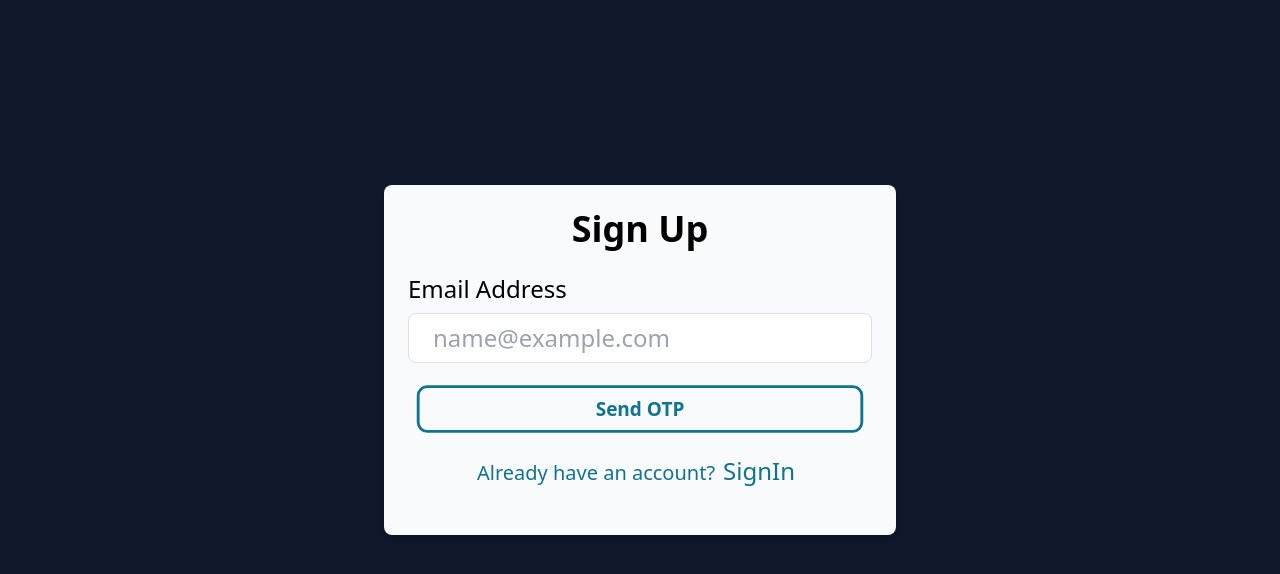
Repository: sayyad-mukthumsa-123/Movie-Verse
Page: /register (app in frontend/)
An editor plug-in stored every save of this project. The page is shown before and after the next save, followed by the edit.
The browser window is 1280 px wide. The pictures show the whole page.
The page's requests for data from a server got no answer. The project was rebuilt for these pictures with package versions that can differ from the ones it lists, and the page was loaded fresh each time. No one was signed in, and anything a server would have sent is missing. Also part of the build but not shown: frontend/src/pages/Welcome.jsx, frontend/src/components/Logout.jsx, frontend/src/components/Navbar.jsx, frontend/src/components/Cards.jsx, frontend/src/pages/Home.jsx, frontend/src/pages/SignIn.jsx, frontend/src/components/AvatarSelection.jsx, frontend/src/pages/MovieRecommendations.jsx and 17 more.

Above is the page before, as saved 2025-02-18 22:51:50.

After the next save:
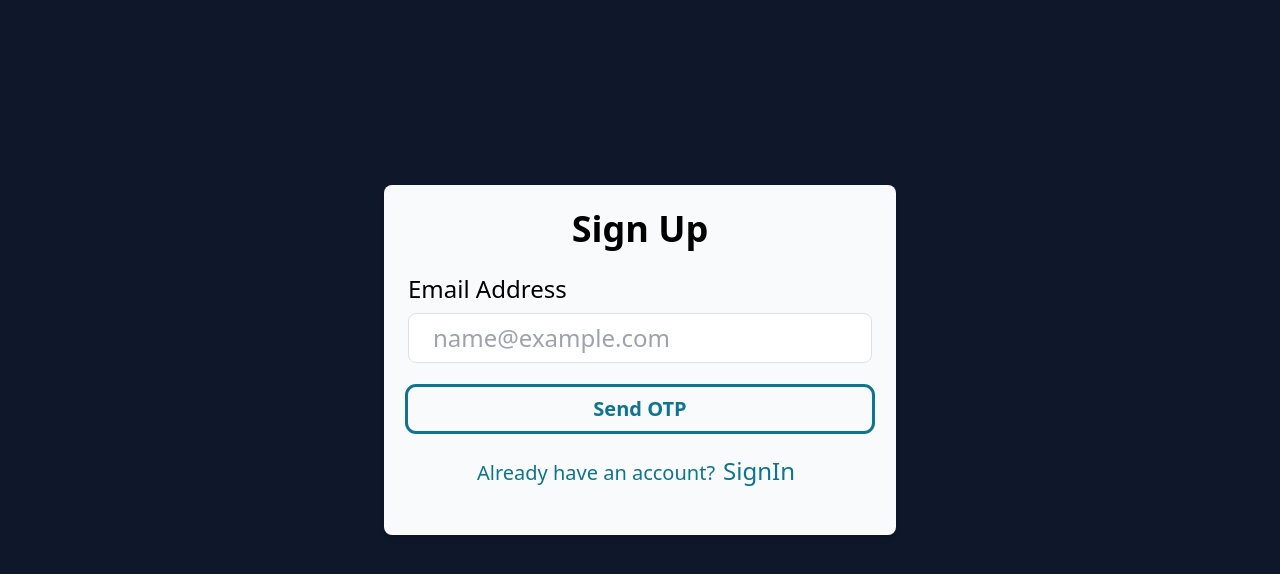
Saved 34 s later.
--- a/frontend/src/pages/SignUp.jsx
+++ b/frontend/src/pages/SignUp.jsx
@@ -156,7 +156,7 @@
           <>
             <button
               onClick={sendOtp}
-              className=" hover:bg-cyan-700 scale-95 hover:scale-100 transition-all font-semibold hover:text-white text-cyan-700 outline text-xl py-2 px-4 rounded-lg w-full"
+              className=" hover:bg-cyan-700   transition-all font-semibold hover:text-white text-cyan-700 outline text-xl py-2 px-4 rounded-lg w-full"
             >
               Send OTP
             </button>
